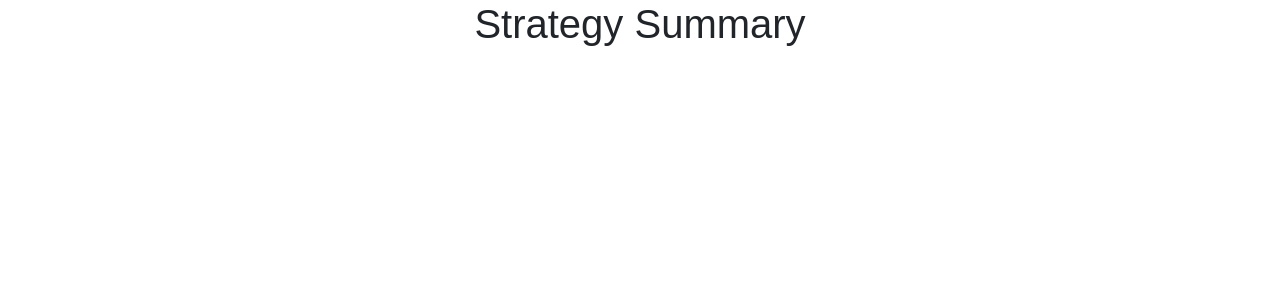
Repository: shiv-aye/stockEye
Page: src/index.html
The author's editor kept a copy of each file at every save. The page is drawn from the files as they stood at one save, then again after the next save.
The browser window is 1280 px wide. The pictures show the whole page.
The page's requests for data from a server got no answer.

Above is the page before, as saved 2024-02-14 03:48:59.

After the next save:
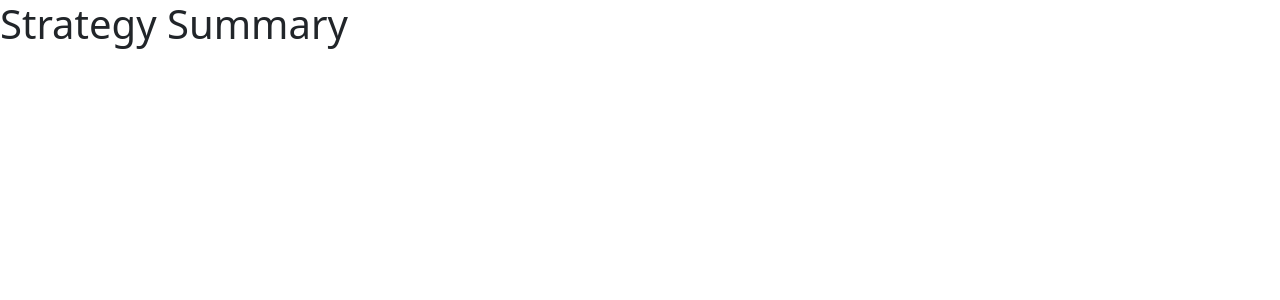
Saved 112 s later.
--- a/src/styles.css
+++ b/src/styles.css
@@ -1,75 +1,52 @@
-/* Custom Styles for Strategy Summary Table */
-body {
-    font-family: Arial, sans-serif;
-    margin: 0;
-    padding: 0;
+/* styles.css */
+
+/* Add borders to all table cells */
+table {
+    border-collapse: collapse;
+    width: 100%;
 }
 
-.container {
-    max-width: 1200px;
-    margin: 0 auto;
-    padding: 20px;
+table, th, td {
+    border: 1px solid black;
 }
 
-h1 {
-    text-align: center;
-    margin-bottom: 20px;
-}
-
-.tables-container {
-    margin-top: 20px;
-}
-
-.table {
-    width: 100%;
-    border-collapse: collapse;
-}
-
-.table th,
-.table td {
-    padding: 10px;
-    border: 1px solid #ccc;
-}
-
-.table th {
+/* Style table header */
+th {
     background-color: #f2f2f2;
-    font-weight: bold;
+    color: black;
+    padding: 8px;
     text-align: left;
 }
 
-.table tbody tr:nth-child(even) {
-    background-color: #f9f9f9;
+/* Style table rows */
+tr:hover {
+    background-color: #f5f5f5;
 }
 
-.table tbody tr:hover {
-    background-color: #e2e2e2;
+/* Style table data cells */
+td {
+    padding: 8px;
+    text-align: left;
 }
 
-/* Styling for Pagination */
+/* Align table content to center */
+#tables-container {
+    text-align: center;
+}
+
+/* Apply pagination style */
 .dataTables_paginate {
-    margin-top: 20px;
+    margin-top: 10px;
 }
 
 .dataTables_paginate .paginate_button {
-    display: inline-block;
-    padding: 5px 10px;
-    margin: 0 5px;
-    background-color: #f2f2f2;
+    border-radius: 0 !important;
     border: 1px solid #ccc;
-    color: #333;
+    padding: 6px 12px;
+    margin: 0 2px;
     cursor: pointer;
 }
 
 .dataTables_paginate .paginate_button:hover {
-    background-color: #e2e2e2;
+    background-color: #f2f2f2;
 }
-
-.dataTables_paginate .paginate_button.current {
-    background-color: #007bff;
-    color: #fff;
-}
-
-.dataTables_paginate .paginate_button.disabled {
-    pointer-events: none;
-    background-color: #ddd;
-}
